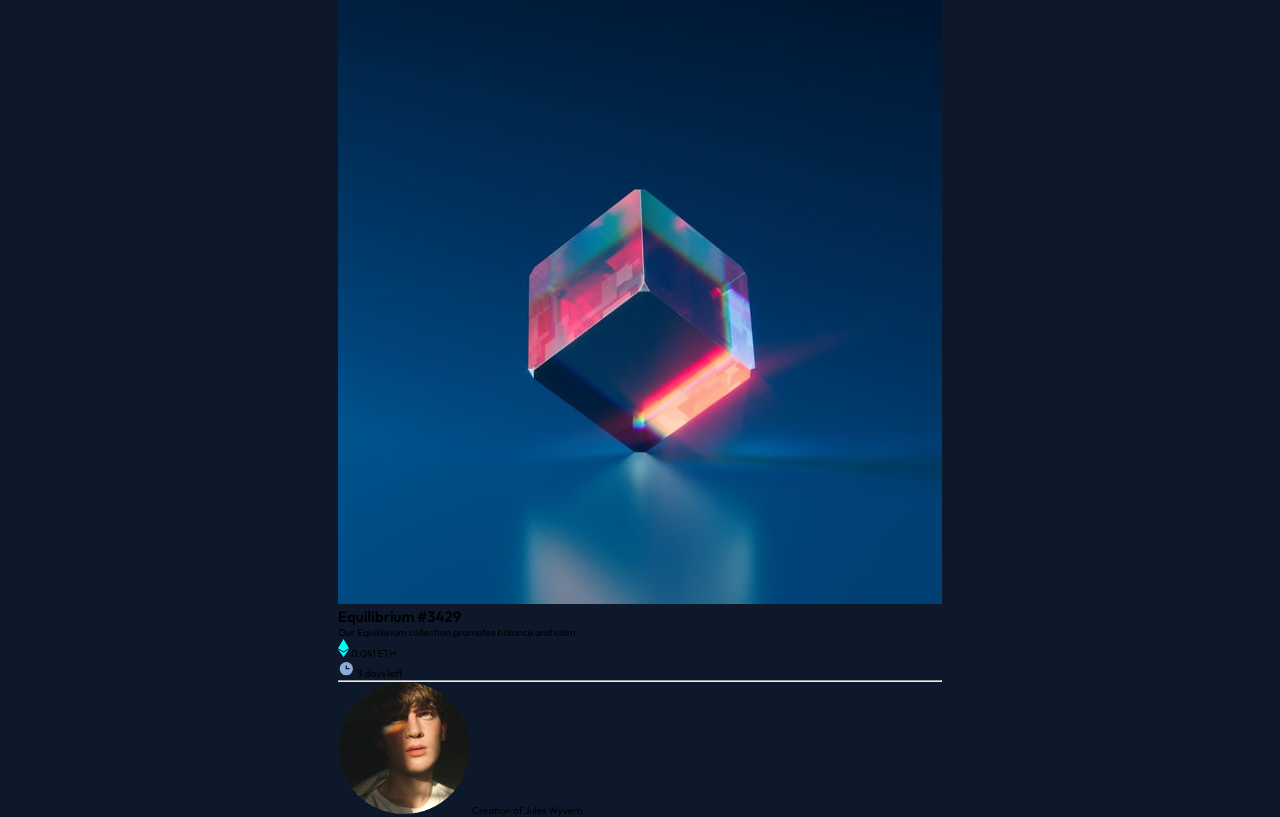
Repository: thaibaocoder1/nft-preview-card-component
Page: index.html
The author's editor kept a copy of each file at every save. The page is drawn from the files as they stood at one save, then again after a run of saves.
The browser window is 1280 px wide. The pictures show the whole page.

Above is the page before, as saved 2023-01-06 18:28:35.

### index.html
<!DOCTYPE html>
<html lang="en">
<head>
  <meta charset="UTF-8">
  <meta name="viewport" content="width=device-width, initial-scale=1.0">
  <link rel="icon" type="image/png" sizes="32x32" href="./images/favicon-32x32.png">
  <title>Frontend Mentor | NFT preview card component</title>
  <link rel="stylesheet" href="./images/favicon-32x32.png">
  <link rel="stylesheet" href="./style.css">
  <style>
    .attribution { font-size: 11px; text-align: center; }
    .attribution a { color: hsl(228, 45%, 44%); }
  </style>
</head>
<body>
  <main class="container">
    <img src="./images/image-equilibrium.jpg" alt="" class="container-img">
    <div class="container-content">
      <h2 class="container-heading">Equilibrium #3429</h2>
      <p class="container-descs">Our Equilibrium collection promotes balance and calm.</p>
    </div>
    <section class="container-date">
      <div>
        <img src="./images/icon-ethereum.svg" alt="" class="container-date--image">
        <span class="container-date--text">0.041 ETH</span>
      </div>
      <div>
        <img src="./images/icon-clock.svg" alt="" class="container-date--image">
        <span class="container-date--text">3 days left</span>
      </div>
    </section>
    <hr>
    <div class="container-footer">
      <img src="./images/image-avatar.png" alt="" class="container-date--image">
      <span class="container-date--text">
        Creation of Jules Wyvern</span>
    </div>
  </main>


  <!-- <div class="attribution">
    Challenge by <a href="https://www.frontendmentor.io?ref=challenge" target="_blank">Frontend Mentor</a>.
    Coded by <a href="#">baoDev</a>.
  </div> -->
</body>
</html>
<!-- Equilibrium #3429

Our Equilibrium collection promotes balance and calm.

0.041 ETH
3 days left

Creation of Jules Wyvern -->

### style.css
@import url('https://fonts.googleapis.com/css2?family=Outfit:wght@300;400;600&display=swap');
* {
    margin: 0;
    padding: 0;
    box-sizing: border-box;
}
body {
    text-rendering: optimizeLegibility;
    scroll-behavior: smooth;
    font-size: 62.5%;
    font-family: 'Outfit', sans-serif;
    display: flex;
    align-items: center;
    justify-content: center;
    min-height: calc(100vh - 1px);
    background-color: var(--very-dark-blue-main);
}
:root {
    --soft-blue: hsl(215, 51%, 70%);
    --cyan-color: hsl(178, 100%, 50%);
    --very-dark-blue-main: hsl(217, 54%, 11%);
    --very-dark-blue-card: hsl(216, 50%, 16%);
    --very-dark-blue-line: hsl(215, 32%, 27%);
    --white-color: hsl(0, 0%, 100%);
}
.container {

}

After the next 7 saves:
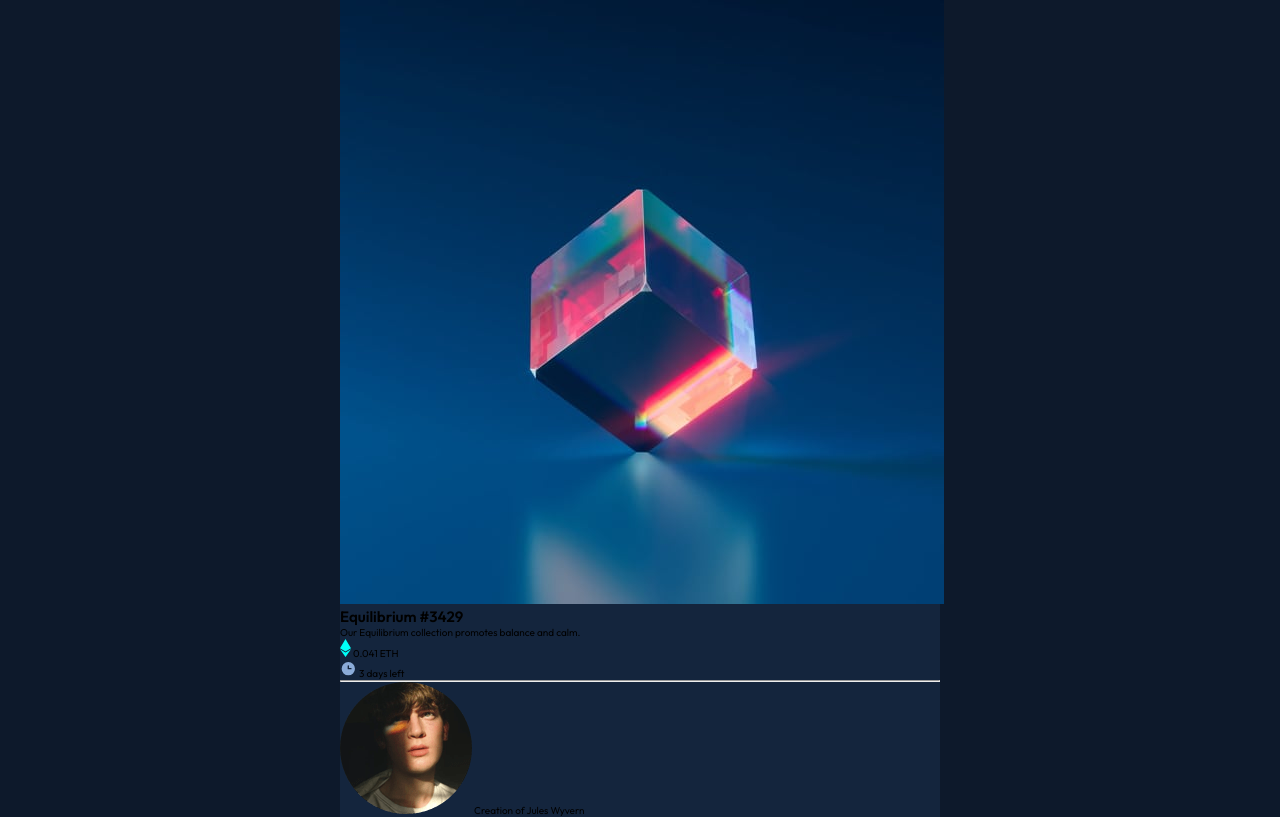
The 7 saves are shown as one change because they came seconds apart.
The last was saved 23 s later.
--- a/style.css
+++ b/style.css
@@ -24,5 +24,6 @@ body {
     --white-color: hsl(0, 0%, 100%);
 }
 .container {
-
+    width: 600px;
+    background-color: var(--very-dark-blue-card);
 }
